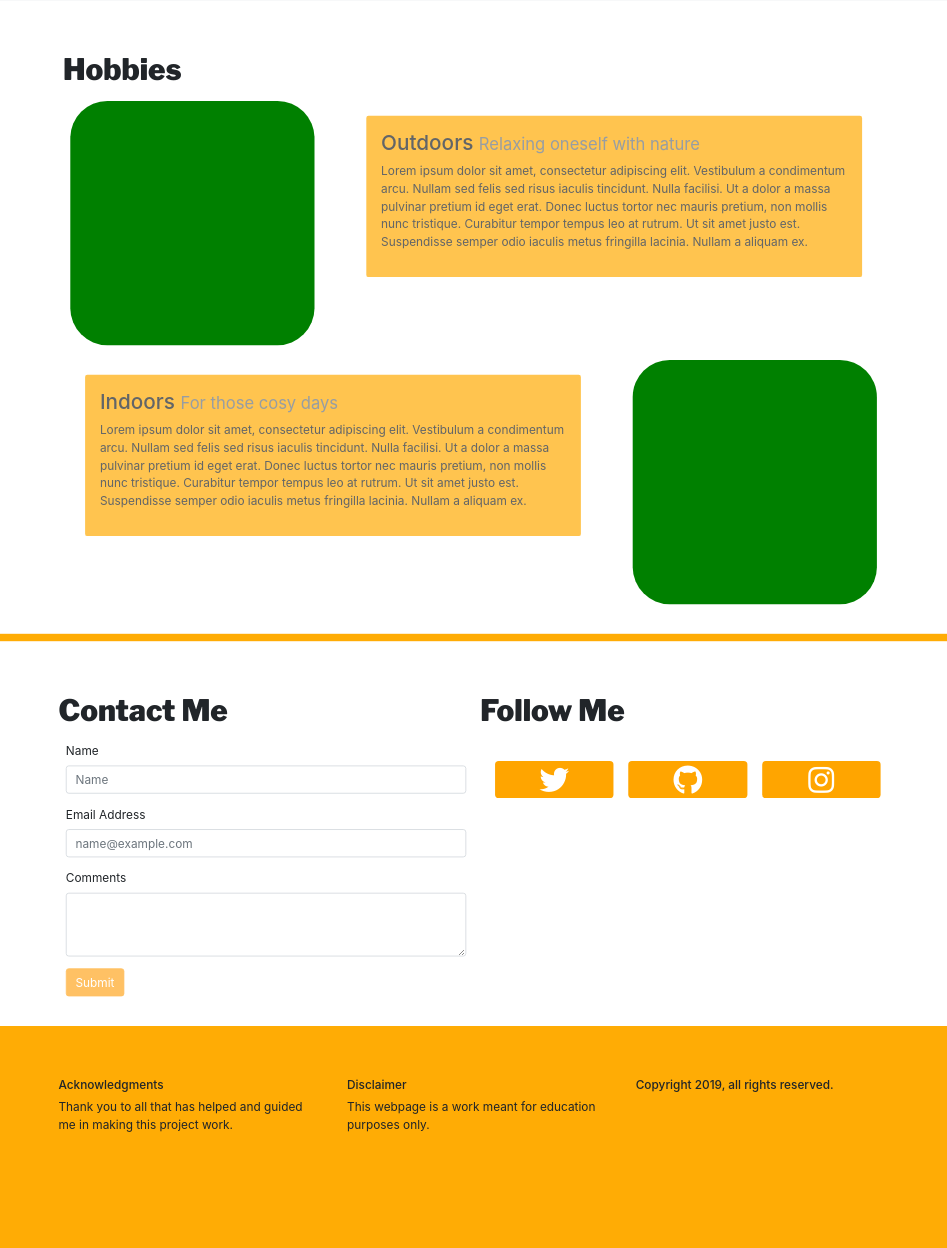
Repository: muhdarifrawi/resume-project
Page: index.html
The author's editor kept a record of every edit. The page is drawn from the files as they stood at one moment, then again after the next edit.
The browser window is 1280 px wide. The pictures show the part of the page from y = 2564 to 4250 px (the page is 4250 px tall), at 74% of full size.
Some web libraries are served in a nearby version.

Above is the page before.

### index.html
<!doctype html>
<html lang="en">

<head>
    <!-- Required meta tags -->
    <meta charset="utf-8">
    <meta name="viewport" content="width=device-width, initial-scale=1, shrink-to-fit=no">
    <!-- Font Awesome script -->
    <script src="https://kit.fontawesome.com/00e1568e72.js"></script>
    <!-- GOOGLE font -->
    <link href="https://fonts.googleapis.com/css?family=Libre+Franklin:900&display=swap" rel="stylesheet">
    <!-- AOS script -->
    <link href="https://unpkg.com/aos@2.3.1/dist/aos.css" rel="stylesheet">

    <!-- Bootstrap CSS -->
    <link rel="stylesheet" href="https://stackpath.bootstrapcdn.com/bootstrap/4.3.1/css/bootstrap.min.css" integrity="sha384-ggOyR0iXCbMQv3Xipma34MD+dH/1fQ784/j6cY/iJTQUOhcWr7x9JvoRxT2MZw1T" crossorigin="anonymous">
    <link rel="stylesheet" href="style.css" type="text/css" />
    <title>Online Resume</title>
</head>

  <!-- scroll spy added to body section -->
<body data-spy="scroll" data-target="#navscroll" data-offset="100">
    <!-- Navbar starts here -->
    <nav id="navscroll" class="navbar fixed-top navbar-expand-lg navbar-light bg-light">
        <a class="navbar-brand" href="#">My Resume</a>
        <button class="navbar-toggler" type="button" data-toggle="collapse" data-target="#navbarSupportedContent" aria-controls="navbarSupportedContent" aria-expanded="false" aria-label="Toggle navigation">
    <span class="navbar-toggler-icon"></span>
  </button>

        <div class="collapse navbar-collapse" id="navbarSupportedContent">
            <ul class="navbar-nav mr-auto">
                <li class="nav-item">
                    <a class="nav-link" href="#home">Home <span class="sr-only">(current)</span></a>
                </li>
                <li class="nav-item">
                    <a class="nav-link" href="#skills">Skills</a>
                </li>

                <li class="nav-item">
                    <a class="nav-link" href="#projects">Projects</a>
                </li>

                <li class="nav-item">
                    <a class="nav-link" href="#hobbies">Hobbies</a>
                </li>

                <li class="nav-item">
                    <a class="nav-link" href="#contact">Contact Me</a>
                </li>

            </ul>

        </div>
    </nav>
    <!-- navbar ends here -->

    <!--Jumbotron -->
    <div class="jumbotron jumbotron-fluid" id="home">
        <div class="container">
            <h1 class="display-4">Muhammad Arif Bin Rawi</h1>
            <p class="lead">Aspiring Junior Game Developer. </p>
        </div>
    </div>

    <div class="orange strip"></div>

<div class="container" id="skills">

<h1>Skills</h1>
    <!-- created div to slot in AOS -->
   <div data-aos="fade-right" data-aos-offset="300" data-aos-easing="ease-in-sine">
        <!-- photoshop row -->
        <div class="row pt-md-5">
            <div class="col-lg-3 col-sm-6">
                <div class="ware">
                    <img src="image/icon/PS.png" alt="photoshop" class="rounded">
                    <div class="house">
                        <div class="text">
                            <h5>Photoshop</h5>
                        </div>
                        <div class="text2">
                            <h6>Good</h6>
                        </div>
                    </div>
                </div>
            </div>
            <div class="col-lg-9 col-sm-6">
                <div class="bar-mid"></div>
            </div>
        </div>

        <!-- ms office row -->
        <div class="row">
            <div class="col-lg-3 col-sm-6">
                <div class="ware">
                    <img src="image/icon/MSO.png" alt="MS Office" class="rounded">
                    <div class="house">
                        <div class="text">
                            <h5>MS Office</h5>
                        </div>
                        <div class="text2">
                            <h6>Advance</h6>
                        </div>
                    </div>
                </div>
            </div>
            <div class="col-lg-9 col-sm-6">
                <div class="bar-full"></div>
            </div>
        </div>

        <!-- CSS row -->
        <div class="row">
            <div class="col-lg-3 col-sm-6">
                <div class="ware">
                    <img src="image/icon/CSS.png" alt="CSS" class="rounded">
                    <div class="house">
                        <div class="text">
                            <h5>CSS</h5>
                        </div>
                        <div class="text2">
                            <h6>Good</h6>
                        </div>
                    </div>
                </div>
            </div>
            <div class="col-lg-9 col-sm-6">
                <div class="bar-mid"></div>
            </div>
        </div>

        <!-- HTML row -->
        <div class="row">
            <div class="col-lg-3 col-sm-6">
                <div class="ware">
                    <img src="image/icon/HTML.png" alt="HTML" class="rounded">
                    <div class="house">
                        <div class="text">
                            <h5>HTML</h5>
                        </div>
                        <div class="text2">
                            <h6>Good</h6>
                        </div>
                    </div>
                </div>
            </div>
            <div class="col-lg-9 col-sm-6">
                <div class="bar-mid"></div>
            </div>
        </div>

        <!-- Java row -->
        <div class="row">
            <div class="col-lg-3 col-sm-6">
                <div class="ware">
                    <img src="image/icon/JS.png" alt="Java" class="rounded">
                    <div class="house">
                        <div class="text">
                            <h5>Java</h5>
                        </div>
                        <div class="text2">
                            <h6>Basic</h6>
                        </div>
                    </div>
                </div>
            </div>
            <div class="col-lg-9 col-sm-6">
                <div class="bar-min"></div>
            </div>
        </div>

        <!-- Python row -->
        <div class="row">
            <div class="col-lg-3 col-sm-6">
                <div class="ware">
                    <img src="image/icon/PY.png" alt="Python" class="rounded">
                    <div class="house">
                        <div class="text">
                            <h5>Python</h5>
                        </div>
                        <div class="text2">
                            <h6>Basic</h6>
                        </div>
                    </div>
                </div>
            </div>
            <div class="col-lg-9 col-sm-6">
                <div class="bar-min"></div>
            </div>
        </div>
    </div>
</div>

    <!-- <div class="orange strip"></div> -->

<!--usage of jumbotron to overcome "no-stretch" problem -->
<div class="jumbotron jumbotron-fluid "  id="projects">
<div class="container">
        <h1>Projects</h1>
        <div class="row">
            <div class="col">
                <div class="card note" style="width: 18rem;">
                    <div class="card-body">
                        <h5 class="card-title">Online Resume</h5>
                        <h6 class="card-subtitle mb-2 text-muted">HTML, CSS, Bootstrap</h6>
                        <p class="card-text">Project displaying the basics of creating a webpage.</p>

                        <a href="https://muhdarifrawi.github.io/resume-project/" target="_blank" class="card-link">
                            <div class="rounded-box"><i class="far fa-window-maximize"></i></div></a>

                        <a href="https://github.com/muhdarifrawi/resume-project" target="_blank" class="card-link">
                            <div class="rounded-box"><i class="fab fa-github"></i></div></a>
                    </div>
                </div>
            </div>

            <div class="col">
                <div class="card note2" style="width: 18rem;">
                    <div class="card-body">
                        <h5 class="card-title">Online Resume</h5>
                        <h6 class="card-subtitle mb-2 text-muted">HTML, CSS, Bootstrap</h6>
                        <p class="card-text">Project displaying the basics of creating a webpage.</p>

                        <a href="https://muhdarifrawi.github.io/resume-project/" target="_blank" class="card-link">
                            <div class="rounded-box"><i class="far fa-window-maximize"></i></div></a>

                        <a href="https://github.com/muhdarifrawi/resume-project" target="_blank" class="card-link">
                            <div class="rounded-box"><i class="fab fa-github"></i></div></a>
                    </div>
                </div>
            </div>

            <div class="col">
                <div class="card note3" style="width: 18rem;">
                    <div class="card-body">
                        <h5 class="card-title">Online Resume</h5>
                        <h6 class="card-subtitle mb-2 text-muted">HTML, CSS, Bootstrap</h6>
                        <p class="card-text">Project displaying the basics of creating a webpage.</p>

                        <a href="https://muhdarifrawi.github.io/resume-project/" target="_blank" class="card-link">
                            <div class="rounded-box"><i class="far fa-window-maximize"></i></div></a>

                        <a href="https://github.com/muhdarifrawi/resume-project" target="_blank" class="card-link">
                            <div class="rounded-box"><i class="fab fa-github"></i></div></a>
                    </div>
                </div>
            </div>

        </div>

        <div class="row">
        <div class="col">
            <div class="card note3" style="width: 18rem;">
                <div class="card-body">
                    <h5 class="card-title">Online Resume</h5>
                    <h6 class="card-subtitle mb-2 text-muted">HTML, CSS, Bootstrap</h6>
                    <p class="card-text">Project displaying the basics of creating a webpage.</p>

                    <a href="https://muhdarifrawi.github.io/resume-project/" target="_blank" class="card-link">
                        <div class="rounded-box"><i class="far fa-window-maximize"></i></div></a>

                    <a href="https://github.com/muhdarifrawi/resume-project" target="_blank" class="card-link">
                        <div class="rounded-box"><i class="fab fa-github"></i></div></a>
                </div>
            </div>
        </div>

        <div class="col">
            <div class="card note" style="width: 18rem;">
                <div class="card-body">
                    <h5 class="card-title">Online Resume</h5>
                    <h6 class="card-subtitle mb-2 text-muted">HTML, CSS, Bootstrap</h6>
                    <p class="card-text">Project displaying the basics of creating a webpage.</p>

                    <a href="https://muhdarifrawi.github.io/resume-project/" target="_blank" class="card-link">
                        <div class="rounded-box"><i class="far fa-window-maximize"></i></div></a>

                    <a href="https://github.com/muhdarifrawi/resume-project" target="_blank" class="card-link">
                        <div class="rounded-box"><i class="fab fa-github"></i></div></a>
                </div>
            </div>
        </div>

        <div class="col">
            <div class="card note2" style="width: 18rem;">
                <div class="card-body">
                    <h5 class="card-title">Online Resume</h5>
                    <h6 class="card-subtitle mb-2 text-muted">HTML, CSS, Bootstrap</h6>
                    <p class="card-text">Project displaying the basics of creating a webpage.</p>

                    <a href="https://muhdarifrawi.github.io/resume-project/" target="_blank" class="card-link">
                        <div class="rounded-box"><i class="far fa-window-maximize"></i></div></a>

                    <a href="https://github.com/muhdarifrawi/resume-project" target="_blank" class="card-link">
                        <div class="rounded-box"><i class="fab fa-github"></i></div></a>
                </div>
            </div>
        </div>

    </div>

    </div>
</div>
<!-- <div class="orange strip"></div> -->

<div class="container" id="hobbies">
    <h1>Hobbies</h1>
    <div class="row">

        <div class="col-sm-6 col-md-4 ">
            <div class="col"><div class="thumb camping"></div></div>
        </div>
        <div class="col-sm-6 col-md-8">
            <div class="card">
                <div class="card-body">
                    <h3>
                      Outdoors
                      <small class="text-muted">Relaxing oneself with nature</small>
                    </h3>

                    <p>
                        Lorem ipsum dolor sit amet, consectetur adipiscing elit. Vestibulum a condimentum arcu. Nullam sed felis sed risus iaculis tincidunt. Nulla facilisi. Ut a dolor a massa pulvinar pretium id eget erat. Donec luctus tortor nec mauris pretium, non mollis nunc tristique. Curabitur tempor tempus leo at rutrum. Ut sit amet justo est. Suspendisse semper odio iaculis metus fringilla lacinia. Nullam a aliquam ex.
                    </p>
                </div>
            </div>
        </div>

    </div>

       <div class="row">

        <div class="col-sm-6 order-sm-2 col-md-4">
            <div class="col"><div class="thumb indoor"></div></div>

        </div>
        <div class="col-sm-6 order-sm-1 col-md-8">

            <div class="card">
                <div class="card-body">
                    <h3>
                    Indoors
                      <small class="text-muted">For those cosy days</small>
                    </h3>

                    <p>
                        Lorem ipsum dolor sit amet, consectetur adipiscing elit. Vestibulum a condimentum arcu. Nullam sed felis sed risus iaculis tincidunt. Nulla facilisi. Ut a dolor a massa pulvinar pretium id eget erat. Donec luctus tortor nec mauris pretium, non mollis nunc tristique. Curabitur tempor tempus leo at rutrum. Ut sit amet justo est. Suspendisse semper odio iaculis metus fringilla lacinia. Nullam a aliquam ex.
                    </p>
                </div>
            </div>

        </div>

    </div>

</div>

<div class="orange strip"></div>

<div class="container" id="contact">


<div class="row">


<!-- left column -->
<div class="col-sm-6 pl-4">
    <!-- top column -->
    <div class="row">
    <h1>Contact Me</h1>
    </div>

<!-- bottom column -->
<div class="row">
<div class="col">
<form>

    <div class="form-group">
        <label for="name">Name</label>
        <input type="text" class="form-control" id="form1" placeholder="Name" required>
    </div>

    <div class="form-group">
        <label for="email">Email Address</label>
        <input type="email" class="form-control" id="form1" placeholder="name@example.com" required>
    </div>


    <div class="form-group">
        <label for="Textarea">Comments</label>
        <textarea class="form-control" id="form1" rows="3" required></textarea>
    </div>

    <input class="btn btn-primary" type="submit" value="Submit">
</form>

</div>
</div>
</div>
<!-- right column-->
<div class="col-sm-6 pl-4">
    <!-- top column -->
    <div class="row">
    <h1>Follow Me</h1>
    </div>
<!--bottom column -->
<div class="col">
    <div class="row pt-3"></div>
    <div class="row">
        <div class="col"><a href="https://www.twitter.com/ArifRawi" target="_blank"><div class="rounded-box"><i class="fab fa-twitter"></i></div></a></div>
        <div class="col"><a href="https://github.com/muhdarifrawi" target="_blank"><div class="rounded-box"><i class="fab fa-github"></i></div></a></div>
        <div class="col"><a href="https://www.instagram.com/muhdarifrawi/" target="_blank"><div class="rounded-box"><i class="fab fa-instagram"></i></div></a></div>

    </div>
    <div class="row"></div>
</div>
</div>
</div>
</div>

<div class="orange banner">
    <div class="container" id="footer">

        <div class="row">

            <div class="col-sm-4 px-4">
                <h6>Acknowledgments</h6>
                    <p>Thank you to all that has helped and guided me in making this project work.</p>



            </div>

            <div class="col-sm-4 px-4">
                <h6>Disclaimer</h6>
                <p>This webpage is a work meant for education purposes only. </p>
            </div>

            <div class="col-sm-4 px-4">
                <h6>Copyright 2019, all rights reserved.</h6>
            </div>
        </div>

    </div>
</div>
    <!-- Optional JavaScript -->
    <!-- jQuery first, then Popper.js, then Bootstrap JS -->
    <script src="https://code.jquery.com/jquery-3.3.1.slim.min.js" integrity="sha384-q8i/X+965DzO0rT7abK41JStQIAqVgRVzpbzo5smXKp4YfRvH+8abtTE1Pi6jizo" crossorigin="anonymous"></script>
    <script src="https://cdnjs.cloudflare.com/ajax/libs/popper.js/1.14.7/umd/popper.min.js" integrity="sha384-UO2eT0CpHqdSJQ6hJty5KVphtPhzWj9WO1clHTMGa3JDZwrnQq4sF86dIHNDz0W1" crossorigin="anonymous"></script>
    <script src="https://stackpath.bootstrapcdn.com/bootstrap/4.3.1/js/bootstrap.min.js" integrity="sha384-JjSmVgyd0p3pXB1rRibZUAYoIIy6OrQ6VrjIEaFf/nJGzIxFDsf4x0xIM+B07jRM" crossorigin="anonymous"></script>
    <!--AOS script -->
    <script src="https://unpkg.com/aos@2.3.1/dist/aos.js"></script>

    <script>
        AOS.init();
    </script>
</body>

</html>

### style.css
html{
    width:100%;
    height:100%;

}

body{
    padding-top:30px;
    width:100%;
    height:100%;

}

.jumbotron{
    margin-bottom:0px;
}

.box{
    height:50px;
    width:50px;
}

.red{
    background-color:red;
}

.blue{
    background-color:blue;
}

.orange{
    background-color:rgba(255, 172, 5, 1);
}

.strip{
    width:100%;
    height:10px;
}

.banner{
    width:100%;
    height:300px;
}

.rect{
    width:100%;
    height:100%;
    padding:15px;
}

.container{
    padding-top:70px;
    padding-bottom:30px;
}

.shelf{
    height:100%;
    width:100%;
}

.col{
    padding:10px;
}


.jumbotron {
  color:white;
}

#home{
    background-image: url("image/bg/bench.jpg");
    background-size: cover;
    /*this allows the image to stretch height to its max. needs html and body to be height:100% as well*/
    height:100%;

}

h1 {
font-family: 'Libre Franklin', sans-serif;
}

.card{
    margin:30px;
    opacity:0.7;
    border:none;

}

.card-body{
    background-color:rgb(255, 172, 5);
    border-radius:3px;

}

.card:hover{
    opacity:1;
}

#footer{
    padding-bottom:0px;
    padding-left:0px;
    padding-right:0px;
    width:100%;
}

.btn-primary{
    background-color:rgb(255, 193, 100);
    border-color:rgb(255, 193, 100);

}

.btn-primary:hover {
    background-color:rgb(255, 234, 5);
    border-color:rgb(255, 234, 5);

}

.icon{
    height:60px;
}

#projects{
    background-image:url(image/bg/circuits.jpg);
    background-size:cover;
    height:1030px;
    padding:0px;

}

#projects h1{
    color:black;
}

#skills{
    background-image:url(image/bg/graph.jpg);
    background-size:cover;

}

.rounded-box{
    background-color:orange;
    height:50px;
    border-radius:5px;
    text-align:center;
    border:1px;
    transition-duration:0.5s;
}

.rounded-box:hover{
    transition-duration:0.5s;
    background-color:rgb(255, 234, 5);
    border-color:rgb(255, 234, 5);
}

.fa-twitter{
    padding-top:5px;
    font-size:40px;
    color:white;
}

.fa-github{
    padding-top:5px;
    font-size:40px;
    color:white;
}

.fa-instagram{
    padding-top:5px;
    font-size:40px;
    color:white;
}

.fa-window-maximize{
    padding-top:5px;
    font-size:40px;
    color:white;
}

.follow{
    margin-top:50px;
}


.bar-full {
    width:0%;
    height:30px;
    background-color:blue;
    animation-name: adv;
    animation-duration: 4s;
    animation-fill-mode:forwards;
    transform:translate(0, 100%);
}

@keyframes adv{

    from{
        width:0%;
        Background-color:rgb(255, 234, 5);
    }

    to{
        width:90%;
        background-color:rgb(5, 255, 172);

    }

}

.bar-mid {
    width:0%;
    height:30px;
    background-color:blue;
    animation-name: gd;
    animation-duration: 4s;
    animation-fill-mode:forwards;
    transform:translate(0, 100%);
}

@keyframes gd{

    from{
        width:0%;
        Background-color:rgb(255, 234, 5);
    }

    to{
        width:60%;
        background-color:rgb(255, 109, 5);

    }

}

.bar-min {
    width:0%;
    height:30px;
    background-color:blue;
    animation-name: basic;
    animation-duration: 4s;
    animation-fill-mode:forwards;
    transform:translate(0, 100%);
}

@keyframes basic{

    from{
        width:0%;
        Background-color:rgb(255, 234, 5);
    }

    to{
        width:30%;
        background-color:rgb(255, 234, 5);

    }

}

.ware{
    /*background-color:purple;*/
    width:100px;
    height:100%;
    margin-left:150px;

}

.rounded{
    width:100%;
}

.house{
    background-color:rgb(255, 172, 5);
    width:100px;
    height:100%;
    transform:translate(0,-100%);
    opacity:0;
    transition-duration:0.75s;
    position:absolute;
    text-align:justify;
    border-radius:3px;
}

.ware:hover .house{
    opacity:0.9;
    cursor:pointer;
}

.text{
    color:rgb(88, 5, 255);
    margin-top:5px;
    text-align:center;
}

.text2{
    color:rgba(5, 88, 255, 0.7);
    margin-top:5px;
    text-align:center;
}

.note {
    transform:rotate(-10deg);
    transition-duration: 1s;
}

.note:hover {
    transform:rotate(0deg);
}

.thumb{
    height:330px;
    width:330px;
    background-color:green;
    border-radius:50px;
}

.camping{

}

.indoor{

}

After the next edit:
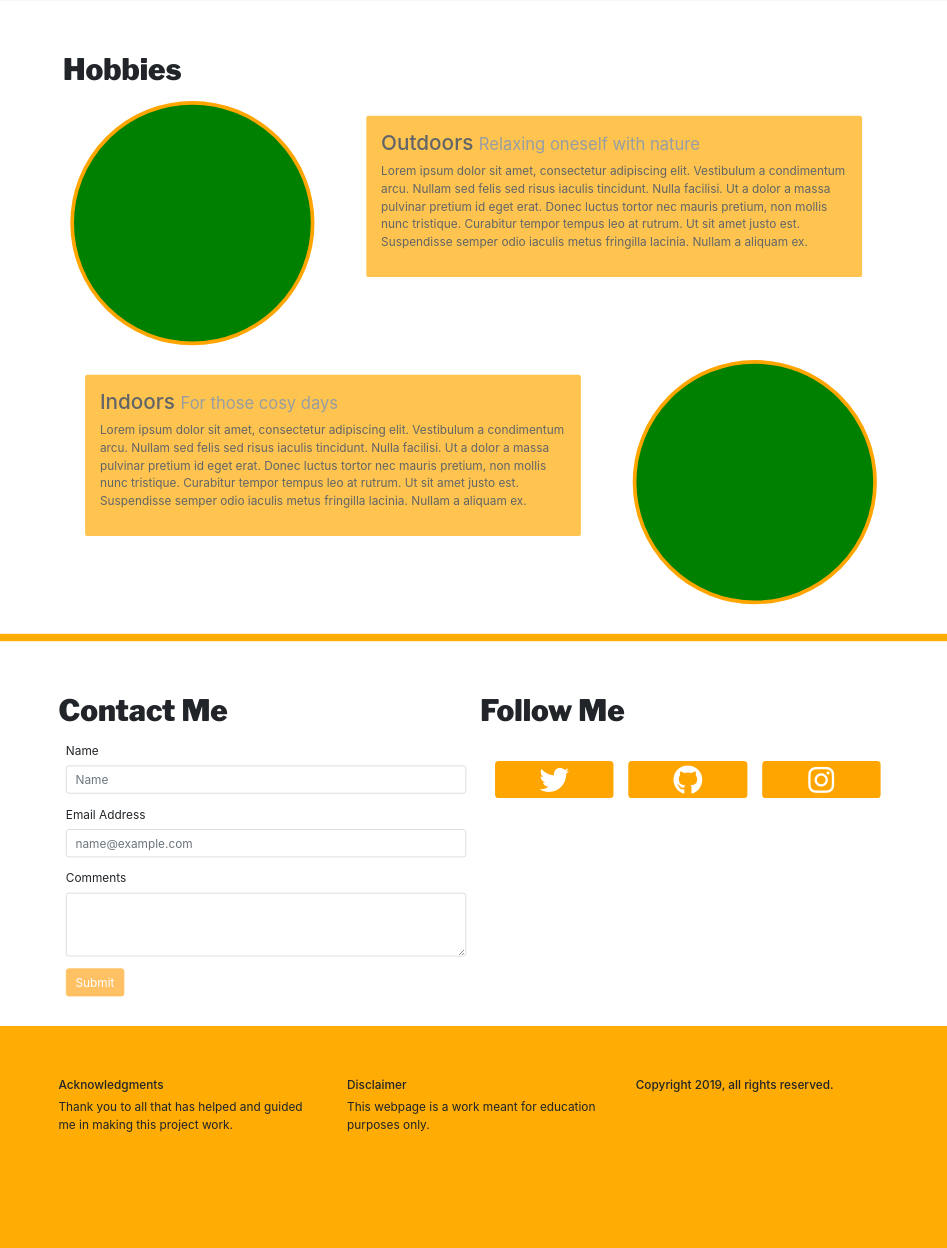
The edit:
--- a/style.css
+++ b/style.css
@@ -310,7 +310,10 @@
     height:330px;
     width:330px;
     background-color:green;
-    border-radius:50px;
+    border-radius:165px;
+    border-color:orange;
+    border-style:solid;
+    border-width:5px;
 }
 
 .camping{
